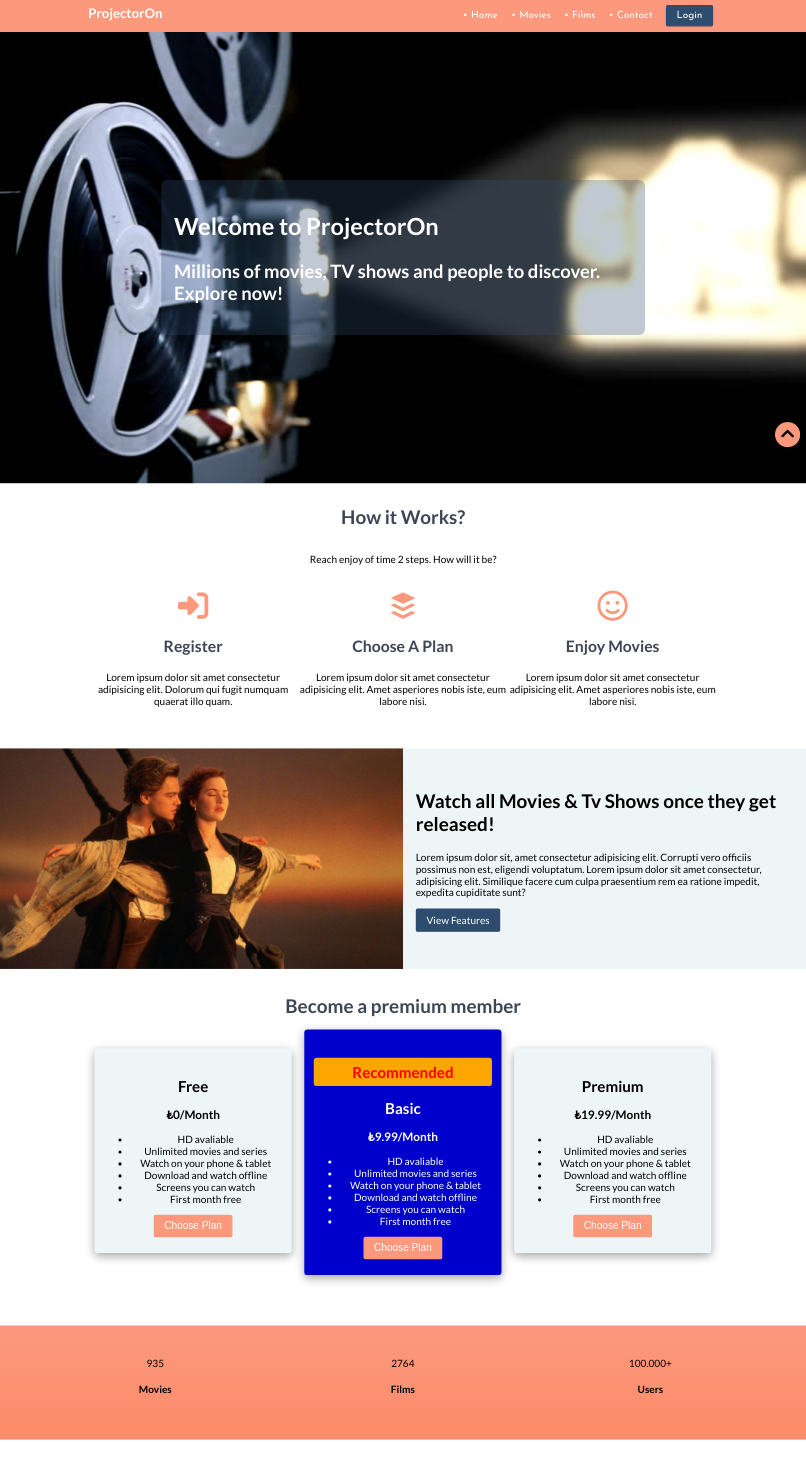
Repository: albayrakfatih/ProjectorOn_WebMovieApp
Page: index.html
The author's editor kept a copy of each file at every save. The page is drawn from the files as they stood at one save, then again after a run of saves.
The browser window is 1280 px wide. The pictures show the whole page, at 63% of full size.
Backgrounds fixed to the window are drawn as part of the page. Some web libraries are served in a nearby version.

Above is the page before, as saved 2023-04-29 00:38:28.

### index.html
<!DOCTYPE html>
<html lang="en">
<head>
    <meta charset="UTF-8">
    <meta http-equiv="X-UA-Compatible" content="IE=edge">
    <meta name="viewport" content="width=device-width, initial-scale=1.0">
    <title>Movie App</title>
    <link rel="stylesheet" href="https://cdnjs.cloudflare.com/ajax/libs/font-awesome/6.3.0/css/all.min.css" integrity="sha512-SzlrxWUlpfuzQ+pcUCosxcglQRNAq/DZjVsC0lE40xsADsfeQoEypE+enwcOiGjk/bSuGGKHEyjSoQ1zVisanQ==" crossorigin="anonymous" referrerpolicy="no-referrer" />
    <link rel="preconnect" href="https://fonts.googleapis.com">
    <link rel="preconnect" href="https://fonts.gstatic.com" crossorigin>
    <link href="https://fonts.googleapis.com/css2?family=Josefin+Sans:wght@400;700&family=Lato:ital,wght@0,400;0,700;1,400;1,700&display=swap" rel="stylesheet">
    <link rel="stylesheet" href="css/buttons.css">
    <link rel="stylesheet" href="css/styles.css">


</head>
<body id="body">

    <header class="main-header">
        <div class="container">
            <a href="#" class="main-header__logo">ProjectorOn</a>
            <nav class="main-nav">
                <ul class="main-nav__items">
                    <li class="main-nav__item">
                        <a href="#">Home</a>
                    </li>
                    <li class="main-nav__item">
                        <a href="#">Movies</a>
                    </li>
                    <li class="main-nav__item">
                        <a href="#">Films</a>
                    </li>
                    <li class="main-nav__item">
                        <a href="#">Contact</a>
                    </li>
                    <li class="main-nav__item main-nav__item--login">
                        <a class="btn btn-secondary" href="#">Login</a>
                    </li>
                </ul>
            </nav>
        </div>
    </header>

    <main>
        <section id="showcase">
            <div class="content">
                <h2>Welcome to ProjectorOn</h2>
                <h3>Millions of movies, TV shows and people to discover. Explore now!</h3>
            </div>
        </section>
        <section id="how-it-works">
            <div class="container">
                <div class="row">
                    <h2 class="section-title">How it Works?</h2>
                    <p>Reach enjoy of time 2 steps. How will it be?</p>
                </div>

                <div class="row">
                <div class="icon-box col-3">
                        <i class="fa-solid fa-right-to-bracket fa-3x"></i>
                        <h3>Register</h3>
                        <p>Lorem ipsum dolor sit amet consectetur adipisicing elit. Dolorum qui fugit numquam quaerat illo quam.</p>
                </div>
                <div class="icon-box col-3">
                        <i class="fa-brands fa-buffer fa-3x"></i>
                        <h3>Choose A Plan</h3>
                        <p>Lorem ipsum dolor sit amet consectetur adipisicing elit. Amet asperiores nobis iste, eum labore nisi.</p>
                </div>
                <div class="icon-box col-3">
                    <i class="fa-regular fa-face-smile fa-3x"></i>
                        <h3>Enjoy Movies</h3>
                        <p>Lorem ipsum dolor sit amet consectetur adipisicing elit. Amet asperiores nobis iste, eum labore nisi.</p>
                </div>
                </div>
            </div>
        </section>
        <section id="features">
            <div class="row">
                <div class="col-2 features-left"></div>
                <div class="col-2 features-right">
                    <h2>Watch all Movies & Tv Shows once they get released!</h2>
                    <p>Lorem ipsum dolor sit, amet consectetur adipisicing elit. Corrupti vero officiis possimus non est, eligendi voluptatum. Lorem ipsum dolor sit amet consectetur, adipisicing elit. Similique facere cum culpa praesentium rem ea ratione impedit, expedita cupiditate sunt?</p>
                    <a href="#" class="btn btn-secondary">View Features</a>
                </div>
            </div>
        </section>
        <section id="plans">
            <h2 class="section-title">Become a premium member</h2>
            <!-- container amacı içeriğe sabit bir genişlik vermek. aynı zamanda responsive tasarım sırasında kullanılır. -->
            <div class="container">
                <div class="row">
                        <div class="col-3 plan">
                            <div class="inner-plan">
                            <h2>Free</h2>
                            <h3>₺0/Month</h3>
                            <ul class="plan_features">
                                <li>HD avaliable</li>
                                <li>Unlimited movies and series</li>
                                <li>Watch on your phone & tablet</li>
                                <li>Download and watch offline</li>
                                <li>Screens you can watch</li>
                                <li>First month free</li>
                            </ul>
                            <div>
                                <button class="btn btn-primary">Choose Plan</button>
                            </div>
                            </div>
                        </div>
                        <div class="col-3 plan plan--featured">
                            <div class="inner-plan recommended_plan">
                                <h2 class="plan__badge">Recommended</h2>
                                <h2>Basic</h2>
                                <h3>₺9.99/Month</h3>
                                <ul class="plan_features">
                                    <li>HD avaliable</li>
                                    <li>Unlimited movies and series</li>
                                    <li>Watch on your phone & tablet</li>
                                    <li>Download and watch offline</li>
                                    <li>Screens you can watch</li>
                                    <li>First month free</li>
                                </ul>
                                <div>
                                    <button class="btn btn-primary">Choose Plan</button>
                                </div>
                            </div>
                        </div>
                        <div class="col-3 plan">
                            <div class="inner-plan">
                                <h2>Premium</h2>
                                <h3>₺19.99/Month</h3>
                                <ul class="plan_features">
                                    <li>HD avaliable</li>
                                    <li>Unlimited movies and series</li>
                                    <li>Watch on your phone & tablet</li>
                                    <li>Download and watch offline</li>
                                    <li>Screens you can watch</li>
                                    <li>First month free</li>
                                </ul>
                                <div>
                                    <button class="btn btn-primary">Choose Plan</button>
                                </div>
                            </div>
                        </div>
                </div>
            </div>
        </section>
        <section id="counters">
            <div class="row counter">
                <div class="col-3">
                    <span class="counter__item">935</span>
                    <h4>Movies</h4>
                </div>
                <div class="col-3">
                    <span class="counter__item">2764</span>
                    <h4>Films</h4>
                </div>
                <div class="col-3">
                    <span class="counter__item">100.000+</span>
                    <h4>Users</h4>
                </div>
            </div>
        </section>
    </main>

    <a href="#body" id="backtotop">
        <i class="fas fa-chevron-circle-up"></i>
    </a>

</body>
</html>

### css/buttons.css


.btn {
    text-align: center;
    text-decoration: none;
    display: inline-block;
    padding: 7px 15px;
    font-size: 16px;
    cursor: pointer;
    border: none;
    border-radius: 3px;
    transition-duration: .8s;
}

.btn-primary{
    background-color: #FC997c;
    color: #fff;
    border: 2px solid #FC997c;
}
.btn-primary:hover{
    background-color: #fff;
    color: #FC997c;
    border: 2px solid #FC997c;
}
.btn-outline-primary{
    background-color: #fff;
    color: #FC997c;
    border: 2px solid #FC997c;
}
.btn-outline-primary:hover{
    background-color: #FC997c;
    color: #fff;
    border: 2px solid #FC997c;
}



.btn-secondary{
    background-color: #2E4C6D;
    color: #fff;
    border: 2px solid #2E4C6D;
}
.btn-secondary:hover{
    background-color: #fff;
    color: #2E4C6D;
    border: 2px solid #2E4C6D;
}
.btn-outline-secondary{
    background-color: #fff;
    color: #2E4C6D;
    border: 2px solid #2E4C6D;
}
.btn-outline-secondary:hover{
    background-color: #2E4C6D;
    color: #fff;
    border: 2px solid #2E4C6D;
}

### css/styles.css
html {
    scroll-behavior: smooth;
}

*{
    box-sizing: border-box;
}
body{
    margin: 0px;
    font-family: 'Lato', sans-serif;
}
main{
    margin-top: 47px;
}
#showcase{
     background: /*linear-gradient(to bottom, rgba(252, 153, 124,0.1),rgb(250, 81, 30,0.3)),  */
    url('../img/projector1.jpg');
    background-position: center left;
    background-repeat: no-repeat;
    background-size: cover;
    background-attachment: fixed;
    border-top: 3px solid #fff;
    /*border: 4px solid white;*/
    height: 100vh;
    width: 100%;
    color: aliceblue;
    position: relative;
}
#showcase .content {
    position: absolute;
    font-size: 25px;
    margin: 0;
    top: 50%;
    left: 50%;
    transform: translate(-50%,-50%);
    width: 60%;
    background-color: rgba(46,76,109,0.3);
    color: #fff;
    padding: 20px;
    border-radius: 10px;
}


#how-it-works{
    background-color: #fff;
    padding: 10px;
    text-align: center;/*text-align kalıtım yolu ile aktarılabiliyor. bu yüzden tüm how-it-works section öğelerine center dedim.*/
}

.main-header{
    background-color: #FC997C;
    padding: 8px 16px;
    position: fixed;
    top: 0;
    z-index: 1;
    width: 100%;
}
.main-nav{
    display: inline-block;
    width: calc(100% - 121px);
    text-align: right;
    font-family: 'Josefin Sans', sans-serif;
}
.main-nav__items{
    list-style: none;
    margin: 0px;
    padding: 0px;
}
.main-nav__item{
    display: inline-block;
    margin: 0 8px;
}

.main-header__logo{
    color: #fff;
    text-decoration: none;
    font-weight: bold;
    font-size: 21px;
}

.main-nav__item a{
    text-decoration: none;
    color: #fff;
}
.main-nav__item a:hover{
    color:#160140;
}
.main-nav__item a:active{
    color: #fff;
}
.main-nav__item::before{
    content: '\2022';
    color: #fff;
}
.main-nav__item:hover::before{
    color: #160140;
}
.main-nav__item:active::before{
    color: #fff;
}
/* .main-nav__item--login a{
     color:#fff;
    background-color: #160140;
    border: 2px solid #fff;
    padding: 4px 16px;
    border-radius: 6px;
    font-weight: bold;
} */
/* .main-nav__item--login a:hover{
    border-color: #160140;
    color: #160140;
    background-color: #fff;
} */
.main-nav__item--login::before{
    content: none;
}

.row{
    margin-bottom: 40px;
}
/* .col-2{
    display: inline-block;
    width: calc(50% - 2px);
    height:350px;
    background-color: tomato;
    vertical-align:top;
}
.col-3{
    display: inline-block;
    width: 30%;
    padding: 16px;
    margin: 8px;
} */
.col-2 {
    float: left;
    width: 50%;
}
.col-3 {
    float: left;
    width: 33.3%;
}
.col-4 {
    float: left;
    width: 25%;
}

.icon-box h3{
    font-size: 25px;
    color: #3e4555;
}
.icon-box i{
    color: #FC997C;
}

.features-left{
    background-image: url("../img/titanic.jpg");
    background-position: center top;
    background-size: cover;
}
.features-right{
    background-color: #edf5f7;
    padding: 40px 20px;
}
.features-right h2{
    font-size: 30px;
}
.features-left,
.features-right {
    height: 350px;
}


.btn-view-features{
    background-color: #FC997C;
    color: #fff;
    padding: 7px 15px;
    border: 1px solid #FC997C;
    text-decoration: none;
    font-size: 14px;
    font-family: 'Josefin Sans', sans-serif;
    border-radius: 3px;
    display: inline-block;
    margin-top: 15px;
}
.btn-view-features:hover{
    color: #FC997C;
    background-color: #fff;
}
.section-title{
    text-align: center;
    margin-bottom: 40px;
    font-weight:700;
    font-size: 30px;
    color: #3e4555;
}
.plan{
    text-align: center;
    padding: 10px;
}

.plan__badge{
    background-color: orange;
    color: red;
    padding: 8px;
    border-radius: 5px;
}

.plan--featured {
    position: relative;
    top: -30px;
}

.recommended_plan{
    color: #ffffff;
    background-color: mediumblue!important;

}

 /* .clearfix{
    content: "";    .clearfix yerine .row sınıfını kullandık
    display: block;
    clear: both;
}  */
.row::after{
    content: "";
    display: block;
    clear: both;
}

.container{
    margin: 0 auto;
    width: 1000px;
}

.inner-plan{
    background-color:#edf5f7;
    padding: 25px 15px;
    border-radius: 5px;
    box-shadow:  0px 5px 15px rgba(0, 0, 0, 0.35);
    transition: box-shadow .8s;
}
.inner-plan:hover{
    box-shadow: 0px 5px 15px rgba(0, 0, 0, 0.7);
}


#backtotop {
    position: fixed;
    bottom: 10px;
    right: 10px;
}
#backtotop i {
    font-size: 40px;
    background-color:transparent;
    color: #fc997C;
    transition: color .6s;
}
#backtotop i:hover {
    color: #fb7850;
}

.counter {
    background: linear-gradient(to bottom, #FC997C 0%, #FC8b69 100%);
    text-align: center;
    padding:50px;
}
.counter h4 {

}

After the next 3 saves:
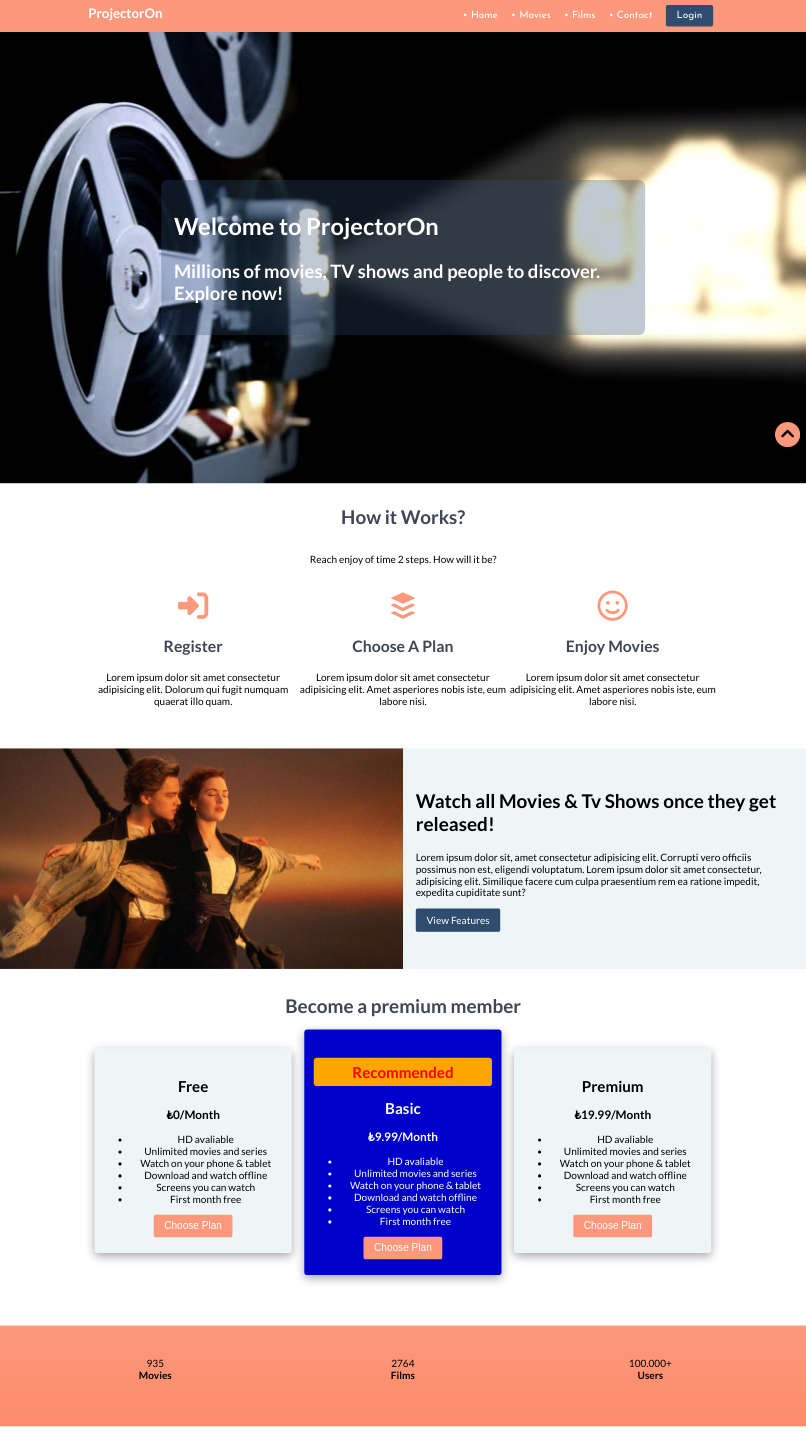
The 3 saves are shown as one change because they came seconds apart.
The last was saved 14 s later.
--- a/css/styles.css
+++ b/css/styles.css
@@ -265,5 +265,5 @@
     padding:50px;
 }
 .counter h4 {
-
-}
+    margin-top: 0;
+}
